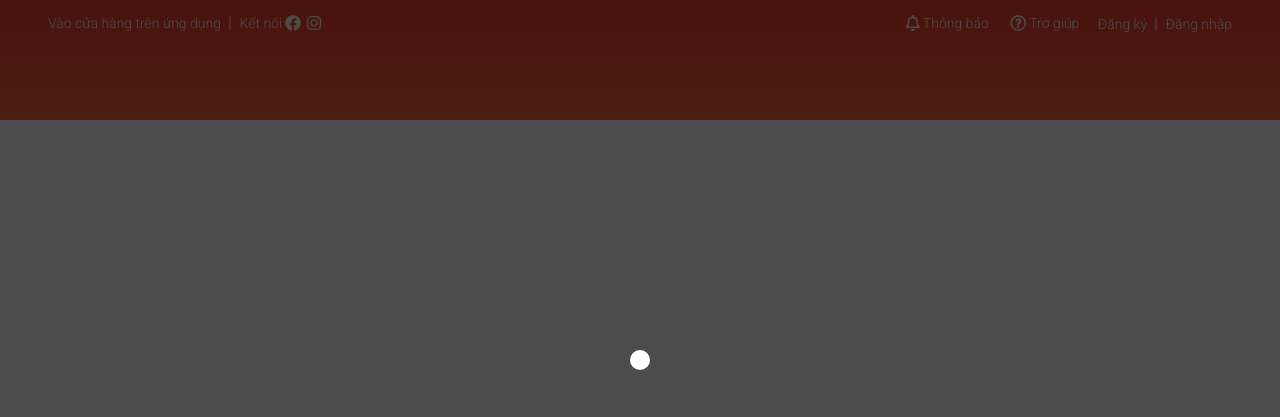
Repository: kebinh1235/Shopee-Demo
Page: index.html
The author's editor kept a copy of each file at every save. The page is drawn from the files as they stood at one save, then again after the next save.
The browser window is 1280 px wide. The pictures show the whole page.

Above is the page before, as saved 2021-10-01 21:57:34.

After the next save:
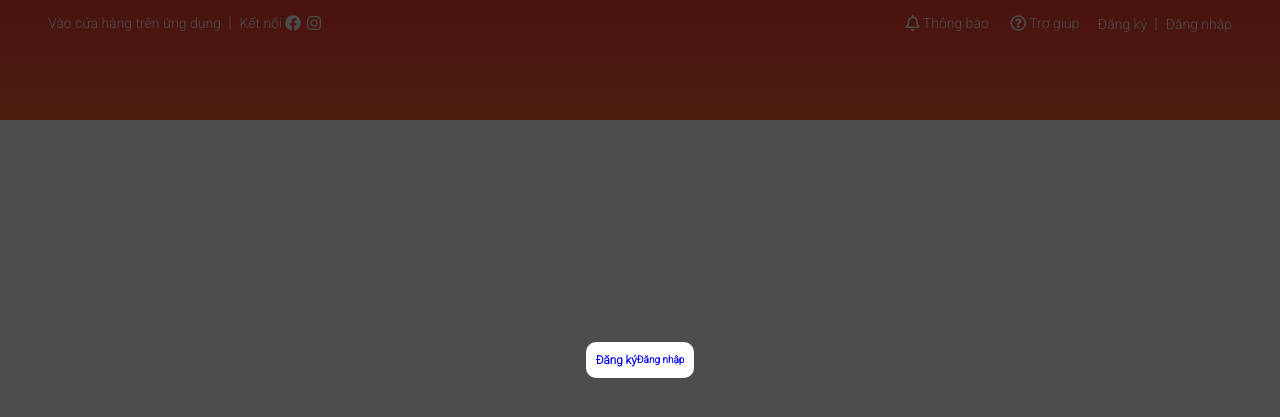
Saved 40 s later.
--- a/index.html
+++ b/index.html
@@ -125,7 +125,12 @@
         <div class="modal__inner">
           <div class="auth__form">
             <div class="auth__form-heading">
-
+              <a class="auth__form-heading-link" href="#">
+                <h3>Đăng ký</h3>
+              </a>
+              <a class="auth__form-heading-link" href="#">
+                <h4>Đăng nhập</h4>
+              </a>
             </div>
             <div class="auth__form-form">
               <div class="auth__form-group">
